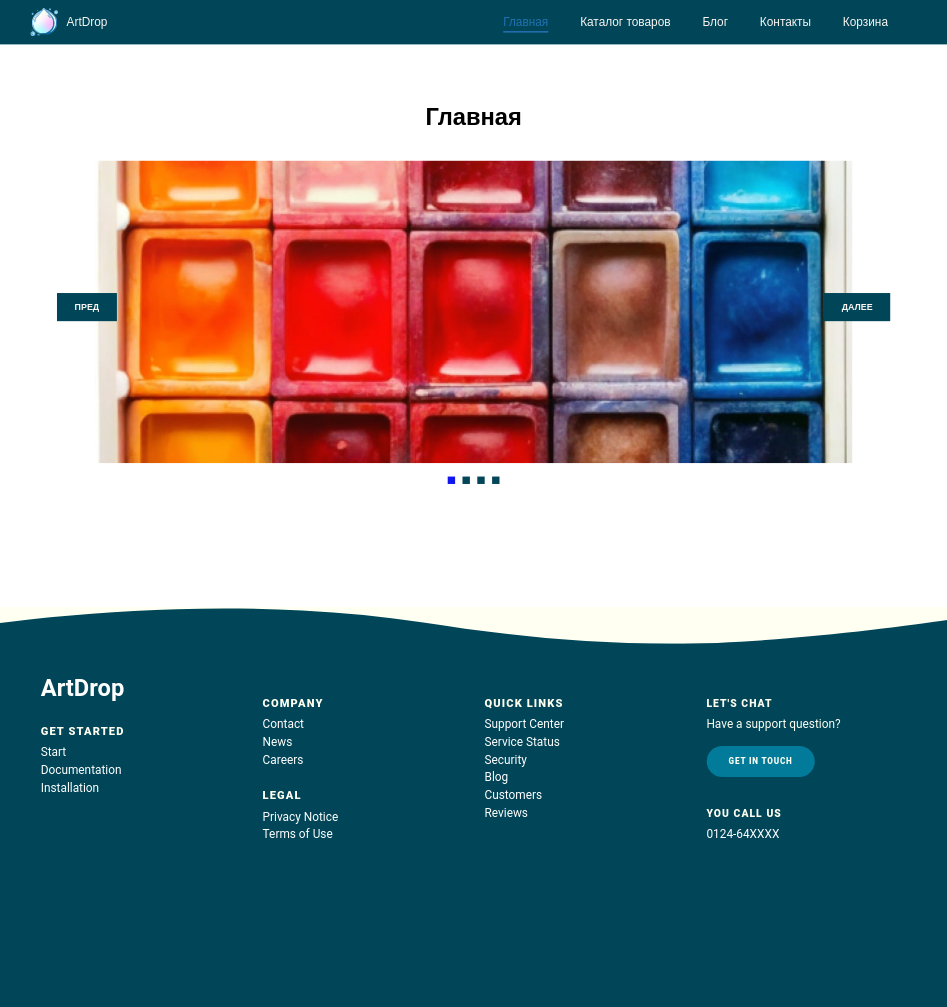
Repository: mnats725/art-drop
Page: index.html
An editor plug-in stored every save of this project. The page is shown before and after the next save, followed by the edit.
The browser window is 1280 px wide. The pictures show the whole page, at 74% of full size.

Above is the page before, as saved 2024-05-20 21:02:03.

### index.html
<!DOCTYPE html>
<html lang="en">
<head>
    <meta charset="UTF-8">
    <meta http-equiv="X-UA-Compatible" content="IE=edge">
    <meta name="viewport" content="width=device-width, initial-scale=1.0">
    <title>ArtDrop</title>
    <link rel="stylesheet" href="./css/style.css">
    <link rel="stylesheet" href="./css/content.css">

</head>
<body>
    <div class="wrapper">
        <header class="header">
            <!-- Шапка -->
            <div class="logo">
                <a href="index.html">
                    <img src="./assets/img/logo.svg" alt="ArtDrop Logo">
                    <span>ArtDrop</span>
                </a>
            </div>
            <!-- Меню сайта -->
            <nav class="nav">
                <ul>
                    <li class="active">Главная</li>
                    <li>Каталог товаров</li>
                    <li>Блог</li>
                    <li>Контакты</li>
                    <li>Корзина</li>
                </ul>
            </nav>
            <!-- Иконка бургерменю -->
            <div class="burger">
                <span></span>
            </div>
        </header>
    </div>

    <div class="content">
        <h1 class="content-title">Главная</h1>
        <main class="carousel-container">
            <div class="carousel">
              <div class="item active">
                <img src="./assets/img/colores/photo_1_2024-05-20_20-57-42.jpg" alt="Image 1" />
              </div>
              <div class="item">
                <img src="./assets//img/colores/photo_2_2024-05-20_20-57-42.jpg" alt="Image 2" />
              </div>
              <div class="item">
                <img src="./assets/img/colores/photo_3_2024-05-20_20-57-42.jpg" alt="Image 3" />
              </div>
              <div class="item">
                <img src="./assets/img/colores/photo_4_2024-05-20_20-57-42.jpg" alt="Image 4" />
              </div>
            </div>
            <button class="btn prev">Пред</button>
            <button class="btn next">Далее</button>
            <br>
            <div class="dots"></div>
          </main>
    </div>

    <div class="pg-footer">
        <footer class="footer">
          <svg class="footer-wave-svg" xmlns="http://www.w3.org/2000/svg" viewBox="0 0 1200 100" preserveAspectRatio="none">
            <path class="footer-wave-path" d="M851.8,100c125,0,288.3-45,348.2-64V0H0v44c3.7-1,7.3-1.9,11-2.9C80.7,22,151.7,10.8,223.5,6.3C276.7,2.9,330,4,383,9.8 c52.2,5.7,103.3,16.2,153.4,32.8C623.9,71.3,726.8,100,851.8,100z"></path>
          </svg>
          <div class="footer-content">
            <div class="footer-content-column">
              <div class="footer-logo">
                <a class="footer-logo-link" href="#">
                  <span class="hidden-link-text">ArtDrop</span>
                  <h1>ArtDrop</h1>
                </a>
              </div>
              <div class="footer-menu">
                <h2 class="footer-menu-name"> Get Started</h2>
                <ul id="menu-get-started" class="footer-menu-list">
                  <li class="menu-item menu-item-type-post_type menu-item-object-product">
                    <a href="#">Start</a>
                  </li>
                  <li class="menu-item menu-item-type-post_type menu-item-object-product">
                    <a href="#">Documentation</a>
                  </li>
                  <li class="menu-item menu-item-type-post_type menu-item-object-product">
                    <a href="#">Installation</a>
                  </li>
                </ul>
              </div>
            </div>
            <div class="footer-content-column">
              <div class="footer-menu">
                <h2 class="footer-menu-name"> Company</h2>
                <ul id="menu-company" class="footer-menu-list">
                  <li class="menu-item menu-item-type-post_type menu-item-object-page">
                    <a href="#">Contact</a>
                  </li>
                  <li class="menu-item menu-item-type-taxonomy menu-item-object-category">
                    <a href="#">News</a>
                  </li>
                  <li class="menu-item menu-item-type-post_type menu-item-object-page">
                    <a href="#">Careers</a>
                  </li>
                </ul>
              </div>
              <div class="footer-menu">
                <h2 class="footer-menu-name"> Legal</h2>
                <ul id="menu-legal" class="footer-menu-list">
                  <li class="menu-item menu-item-type-post_type menu-item-object-page menu-item-privacy-policy menu-item-170434">
                    <a href="#">Privacy Notice</a>
                  </li>
                  <li class="menu-item menu-item-type-post_type menu-item-object-page">
                    <a href="#">Terms of Use</a>
                  </li>
                </ul>
              </div>
            </div>
            <div class="footer-content-column">
              <div class="footer-menu">
                <h2 class="footer-menu-name"> Quick Links</h2>
                <ul id="menu-quick-links" class="footer-menu-list">
                  <li class="menu-item menu-item-type-custom menu-item-object-custom">
                    <a target="_blank" rel="noopener noreferrer" href="#">Support Center</a>
                  </li>
                  <li class="menu-item menu-item-type-custom menu-item-object-custom">
                    <a target="_blank" rel="noopener noreferrer" href="#">Service Status</a>
                  </li>
                  <li class="menu-item menu-item-type-post_type menu-item-object-page">
                    <a href="#">Security</a>
                  </li>
                  <li class="menu-item menu-item-type-post_type menu-item-object-page">
                    <a href="#">Blog</a>
                  </li>
                  <li class="menu-item menu-item-type-post_type_archive menu-item-object-customer">
                    <a href="#">Customers</a></li>
                  <li class="menu-item menu-item-type-post_type menu-item-object-page">
                    <a href="#">Reviews</a>
                  </li>
                </ul>
              </div>
            </div>
            <div class="footer-content-column">
              <div class="footer-call-to-action">
                <h2 class="footer-call-to-action-title"> Let's Chat</h2>
                <p class="footer-call-to-action-description"> Have a support question?</p>
                <a class="footer-call-to-action-button button" href="#" target="_self"> Get in Touch </a>
              </div>
              <div class="footer-call-to-action">
                <h2 class="footer-call-to-action-title"> You Call Us</h2>
                <p class="footer-call-to-action-link-wrapper"> <a class="footer-call-to-action-link" href="tel:0124-64XXXX" target="_self"> 0124-64XXXX </a></p>
              </div>
            </div>
        </footer>
      </div>
    <script>
        document.querySelector('.burger').addEventListener('click', function() {
            this.classList.toggle('active');
            document.querySelector('.nav').classList.toggle('open');
        })
        document.addEventListener("DOMContentLoaded", function () {
  let carousel = document.querySelector(".carousel");
  let items = carousel.querySelectorAll(".item");
  let dotsContainer = document.querySelector(".dots");

  // Insert dots into the DOM
  items.forEach((_, index) => {
    let dot = document.createElement("span");
    dot.classList.add("dot");
    if (index === 0) dot.classList.add("active");
    dot.dataset.index = index;
    dotsContainer.appendChild(dot);
  });

  let dots = document.querySelectorAll(".dot");

  // Function to show a specific item
  function showItem(index) {
    items.forEach((item, idx) => {
      item.classList.remove("active");
      dots[idx].classList.remove("active");
      if (idx === index) {
        item.classList.add("active");
        dots[idx].classList.add("active");
      }
    });
  }

  // Event listeners for buttons
  document.querySelector(".prev").addEventListener("click", () => {
    let index = [...items].findIndex((item) =>
      item.classList.contains("active")
    );
    showItem((index - 1 + items.length) % items.length);
  });

  document.querySelector(".next").addEventListener("click", () => {
    let index = [...items].findIndex((item) =>
      item.classList.contains("active")
    );
    showItem((index + 1) % items.length);
  });

  // Event listeners for dots
  dots.forEach((dot) => {
    dot.addEventListener("click", () => {
      let index = parseInt(dot.dataset.index);
      showItem(index);
    });
  });
});

    </script>
</body>
</html>

### css/style.css
html, body {
    height: 100%;
    width: 100%;
    margin: 0;
    padding: 0;
}

body {
    display: flex;
    flex-direction: column;
    font-family: Arial, "Helvetica Neue", Helvetica, sans-serif;

}

*{
    padding: 0;
    margin: 0;
    box-sizing: border-box;
}

.wrapper{
    flex-grow: 1;
}

.open{
    display: flex !important;
}

.header {
    display: flex;
    align-items: center;
    justify-content: space-between;
    min-height: 60px;
    background-color: #004658;
    color: #FAF6F2;
    padding: 0 40px;
}

.logo a {
    display: flex;
    align-items: center;
    text-decoration: none; /* Убираем подчеркивание ссылки */
    color: inherit; /* Наследуем цвет текста от родительского элемента */
}

.logo img {
    width: 40px; /* Укажите желаемую ширину для логотипа */
    height: auto;
    margin-right: 10px; /* Добавим небольшое расстояние между логотипом и текстом */
}

.nav {
    display: flex;
    width: 600px;
    padding: 0 40px;
}

.nav ul {
    width: 100%;
    list-style: none;
    display: flex;
    justify-content: space-between;
}

.nav ul li {
    position: relative; /* Добавим позиционирование для создания эффекта */
    cursor: pointer; /* Указатель при наведении для обозначения активного элемента */
    transition: color 0.3s ease; /* Анимация при наведении */
}

.nav ul li::after {
    content: '';
    position: absolute;
    bottom: -5px;
    left: 0;
    width: 0; /* Начальное значение нулевой ширины */
    height: 2px;
    background-color: #2271B3; /* Цвет линии */
    transition: width 0.3s ease; /* Анимация изменения ширины */
}

.nav ul li:hover::after {
    width: 100%; /* Увеличиваем ширину линии при наведении */
}

.nav ul li:hover,
.nav ul li.active { /* Изменение цвета текста при наведении и активном состоянии */
    color: #2271B3; /* Цвет текста при наведении и активном состоянии */
}

.nav ul li.active::after {
    content: '';
    position: absolute;
    bottom: -5px;
    left: 0;
    width: 100%;
    height: 2px;
    background-color: #2271B3; /* Цвет подчеркивания активного элемента */
}

* {
    margin: 0;
    padding: 0;
  }
  a {
    color: #fff;
    text-decoration: none;
  }
  .pg-footer {
    font-family: 'Roboto', sans-serif;
  }


  .footer {
      background-color: #004658;
      color: #fff;

  }
  .footer-wave-svg {
      background-color: transparent;
      display: block;
      height: 30px;
      position: relative;
      top: -1px;
      width: 100%;
  }
  .footer-wave-path {
      fill: #fffff2;
  }

  .footer-content {
      margin-left: auto;
      margin-right: auto;
      max-width: 1230px;

      padding: 40px 15px 450px;
      position: relative;
  }

  .footer-content-column {
      box-sizing: border-box;
      float: left;
      padding-left: 15px;
      padding-right: 15px;
      width: 100%;
      color: #fff;
  }

  .footer-content-column ul li a {
    color: #fff;
    text-decoration: none;
  }

  .footer-logo-link {
      display: inline-block;
  }
  .footer-menu {
      margin-top: 30px;
  }

  .footer-menu-name {
      color: #fffff2;
      font-size: 15px;
      font-weight: 900;
      letter-spacing: .1em;
      line-height: 18px;
      margin-bottom: 0;
      margin-top: 0;
      text-transform: uppercase;
  }
  .footer-menu-list {
      list-style: none;
      margin-bottom: 0;
      margin-top: 10px;
      padding-left: 0;
  }
  .footer-menu-list li {
      margin-top: 5px;
  }

  .footer-call-to-action-description {
      color: #fffff2;
      margin-top: 10px;
      margin-bottom: 20px;
  }
  .footer-call-to-action-button:hover {
      background-color: #fffff2;
      color: #00bef0;
  }
  .button:last-of-type {
      margin-right: 0;
  }
  .footer-call-to-action-button {
      background-color: #027b9a;
      border-radius: 21px;
      color: #fffff2;
      display: inline-block;
      font-size: 11px;
      font-weight: 900;
      letter-spacing: .1em;
      line-height: 18px;
      padding: 12px 30px;
      margin: 0 10px 10px 0;
      text-decoration: none;
      text-transform: uppercase;
      transition: background-color .2s;
      cursor: pointer;
      position: relative;
  }
  .footer-call-to-action {
      margin-top: 30px;
  }
  .footer-call-to-action-title {
      color: #fffff2;
      font-size: 14px;
      font-weight: 900;
      letter-spacing: .1em;
      line-height: 18px;
      margin-bottom: 0;
      margin-top: 0;
      text-transform: uppercase;
  }
  .footer-call-to-action-link-wrapper {
      margin-bottom: 0;
      margin-top: 10px;
      color: #fff;
      text-decoration: none;
  }
  .footer-call-to-action-link-wrapper a {
      color: #fff;
      text-decoration: none;
  }





  .footer-social-links {
      bottom: 0;
      height: 54px;
      position: absolute;
      right: 0;
      width: 236px;
  }

  .footer-social-amoeba-svg {
      height: 54px;
      left: 0;
      display: block;
      position: absolute;
      top: 0;
      width: 236px;
  }

  .footer-social-amoeba-path {
      fill: #027b9a;
  }

  .footer-social-link.linkedin {
      height: 26px;
      left: 3px;
      top: 11px;
      width: 26px;
  }

  .footer-social-link {
      display: block;
      padding: 10px;
      position: absolute;
  }

  .hidden-link-text {
      position: absolute;
      clip: rect(1px 1px 1px 1px);
      clip: rect(1px,1px,1px,1px);
      -webkit-clip-path: inset(0px 0px 99.9% 99.9%);
      clip-path: inset(0px 0px 99.9% 99.9%);
      overflow: hidden;
      height: 1px;
      width: 1px;
      padding: 0;
      border: 0;
      top: 50%;
  }

  .footer-social-icon-svg {
      display: block;
  }

  .footer-social-icon-path {
      fill: #fffff2;
      transition: fill .2s;
  }

  .footer-social-link.twitter {
      height: 28px;
      left: 62px;
      top: 3px;
      width: 28px;
  }

  .footer-social-link.youtube {
      height: 24px;
      left: 123px;
      top: 12px;
      width: 24px;
  }

  .footer-social-link.github {
      height: 34px;
      left: 172px;
      top: 7px;
      width: 34px;
  }


  /* Media Query For different screens */
  @media (min-width:320px) and (max-width:479px)  { /* smartphones, portrait iPhone, portrait 480x320 phones (Android) */
    .footer-content {
      margin-left: auto;
      margin-right: auto;
      max-width: 1230px;
      padding: 40px 15px 1050px;
      position: relative;
    }
  }
  @media (min-width:480px) and (max-width:599px)  { /* smartphones, Android phones, landscape iPhone */
    .footer-content {
      margin-left: auto;
      margin-right: auto;
      max-width: 1230px;
      padding: 40px 15px 1050px;
      position: relative;
    }
  }
  @media (min-width:600px) and (max-width: 800px)  { /* portrait tablets, portrait iPad, e-readers (Nook/Kindle), landscape 800x480 phones (Android) */
    .footer-content {
      margin-left: auto;
      margin-right: auto;
      max-width: 1230px;
      padding: 40px 15px 1050px;
      position: relative;
    }
  }
  @media (min-width:801px)  { /* tablet, landscape iPad, lo-res laptops ands desktops */

  }
  @media (min-width:1025px) { /* big landscape tablets, laptops, and desktops */

  }
  @media (min-width:1281px) { /* hi-res laptops and desktops */

  }




  @media (min-width: 760px) {
    .footer-content {
        margin-left: auto;
        margin-right: auto;
        max-width: 1230px;
        padding: 40px 15px 450px;
        position: relative;
    }

    .footer-wave-svg {
        height: 50px;
    }

    .footer-content-column {
        width: 24.99%;
    }
  }
  @media (min-width: 568px) {
    /* .footer-content-column {
        width: 49.99%;
    } */
  }


.burger{
    display: none;
    position: relative;
    z-index: 50;
    align-items: center;
    justify-content: flex-end;
    width: 30px;
    height: 18px;
}

.burger span{
    height: 2px;
    width: 80%;
    transform: scale(1);
    background-color: #FAF6F2;
}

.burger::before, .burger::after{
    content: '';
    position: absolute;
    height: 2px;
    width: 100%;
    background-color: #FAF6F2;
    transition: all 0.3s ease 0s;
}

.burger::before { top: 0 }

.burger::after { bottom: 0 }


/* Добавляем класс active для анимации иконки бургера */
.burger.active span { transform: scale(0) }

.burger.active::before{
    top: 50%;
    transform: rotate(-45deg) translate(0, -50%);
}

.burger.active::after{
    bottom: 50%;
    transform: rotate(45deg) translate(0, 50%);
}


/* При разрешении экрана 900px и ниже, выводим на экран иконку бургера */
@media (max-width: 900px) {

    .burger { display: flex }

    .nav{
        display: none;
        flex-direction: column;
        position: fixed;
        height: 100%;
        width: 100%;
        top: 0; bottom: 0; left: 0; right: 0;
        z-index: 50;
        overflow-y: auto;
        padding: 50px 40px;
        background-color: #388ae7;
        animation: burgerAnimation 0.4s;
    }

    .nav ul{
        flex-direction: column;
        row-gap: 30px;
    }


}

@keyframes burgerAnimation {
    from {opacity: 0}
    to {opacity: 1}
}

### css/content.css
.content {
  padding-top: 80px;
}

.content-title {
  text-align: center;
}

.carousel-container {
  padding-top: 40px;
  width: 80%;
  height: 70%;
  margin: auto;
  position: relative;
  display: flex;
  flex-direction: column;
  gap: var(--lx-gap);

  .carousel {
    aspect-ratio: 16/9;
    width: 100%;
    position: relative;
    overflow: hidden;

    .item {
      opacity: 0;
      width: 100%;
      height: 100%;
      display: none;
      transition: opacity 0.5s ease-in-out;

      img {
        width: 100%;
        height: 100%;
        object-fit: cover;
        object-position: center;
      }

      .caption {
        width: 100%;
        padding: var(--lx-space-01);
        position: absolute;
        bottom: 0;
        text-transform: uppercase;
        text-align: center;
        font-size: 12px;
        background-color: rgba(0, 0, 0, 0.5);
      }

      &.active {
        opacity: 1;
        display: block;
      }
    }
  }

  .btn {
    padding: 1em 2em;
    position: absolute;
    transform: translateY(-50%);
    top: 50%;
    outline: none;
    border: none;
    cursor: pointer;
    text-transform: uppercase;
    font-size: 12px;
    font-weight: 900;
    color: #FAF6F2;
    background-color: #004658;
    transition: transform 0.2s ease-in-out;

    &:active,
    &:focus {
      transform: translateY(-50%) scale(0.9);
    }

    &:hover {
      transform: translateY(-50%) scale(0.96);
    }
  }

  .prev {
    left: -5%;
  }

  .next {
    right: -5%;
  }

  .dots {
    display: flex;
    align-items: center;
    justify-content: center;
    gap: 10px;

    .dot {
      cursor: pointer;
      height: 10px;
      width: 10px;
      background-color: #004658;
      transition: background-color 0.2s ease;

      &.active,
      &:hover {
        background-color: #1115ee;
      }
    }
  }
}

After the next save:
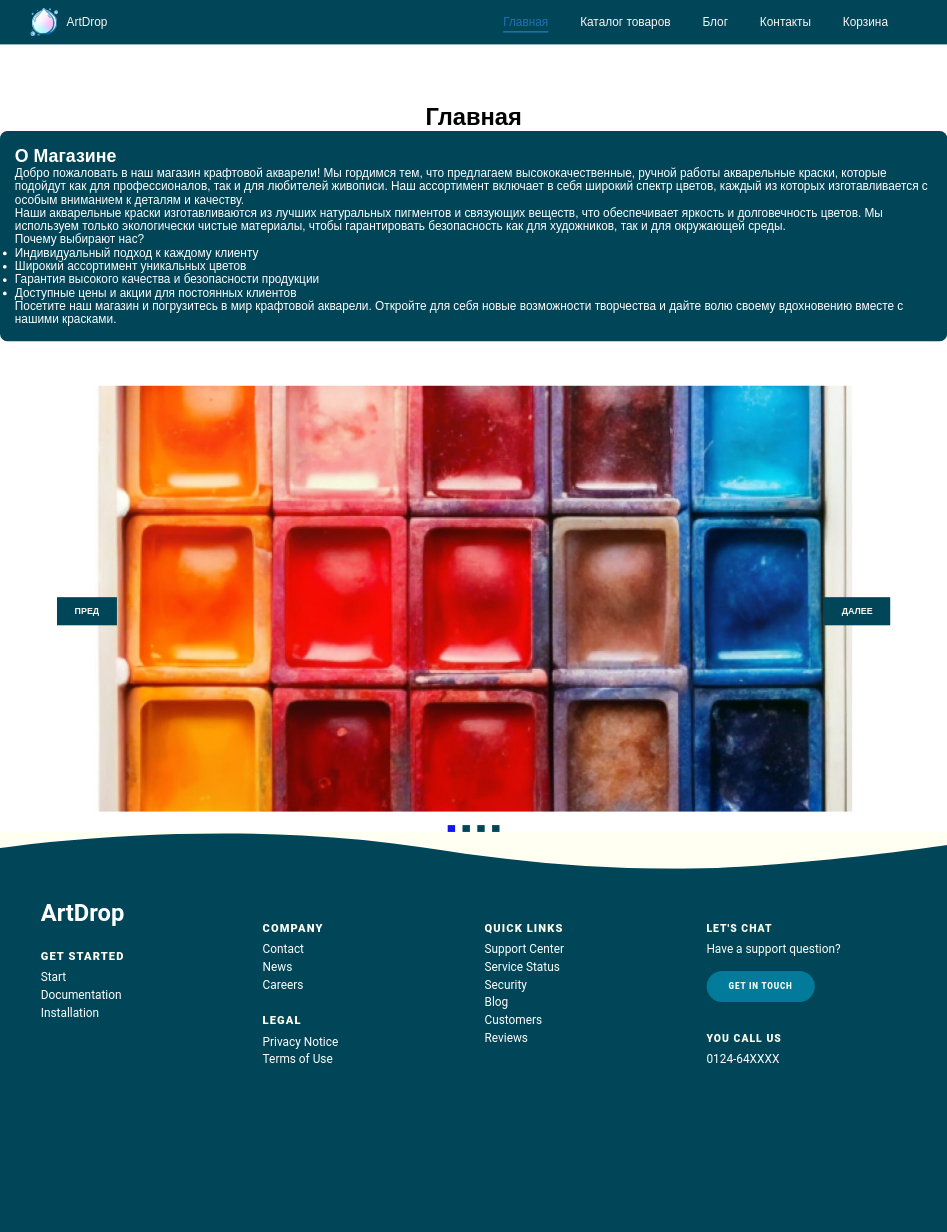
Saved 3 h 9 min later.
--- a/index.html
+++ b/index.html
@@ -38,6 +38,19 @@
 
     <div class="content">
         <h1 class="content-title">Главная</h1>
+        <section class="store-info" style="background-color: #004658; color: white; padding: 20px; border-radius: 10px; margin-bottom: 20px;">
+          <h2>О Магазине</h2>
+          <p>Добро пожаловать в наш магазин крафтовой акварели! Мы гордимся тем, что предлагаем высококачественные, ручной работы акварельные краски, которые подойдут как для профессионалов, так и для любителей живописи. Наш ассортимент включает в себя широкий спектр цветов, каждый из которых изготавливается с особым вниманием к деталям и качеству.</p>
+          <p>Наши акварельные краски изготавливаются из лучших натуральных пигментов и связующих веществ, что обеспечивает яркость и долговечность цветов. Мы используем только экологически чистые материалы, чтобы гарантировать безопасность как для художников, так и для окружающей среды.</p>
+          <p>Почему выбирают нас?</p>
+          <ul>
+              <li>Индивидуальный подход к каждому клиенту</li>
+              <li>Широкий ассортимент уникальных цветов</li>
+              <li>Гарантия высокого качества и безопасности продукции</li>
+              <li>Доступные цены и акции для постоянных клиентов</li>
+          </ul>
+          <p>Посетите наш магазин и погрузитесь в мир крафтовой акварели. Откройте для себя новые возможности творчества и дайте волю своему вдохновению вместе с нашими красками.</p>
+      </section>
         <main class="carousel-container">
             <div class="carousel">
               <div class="item active">
